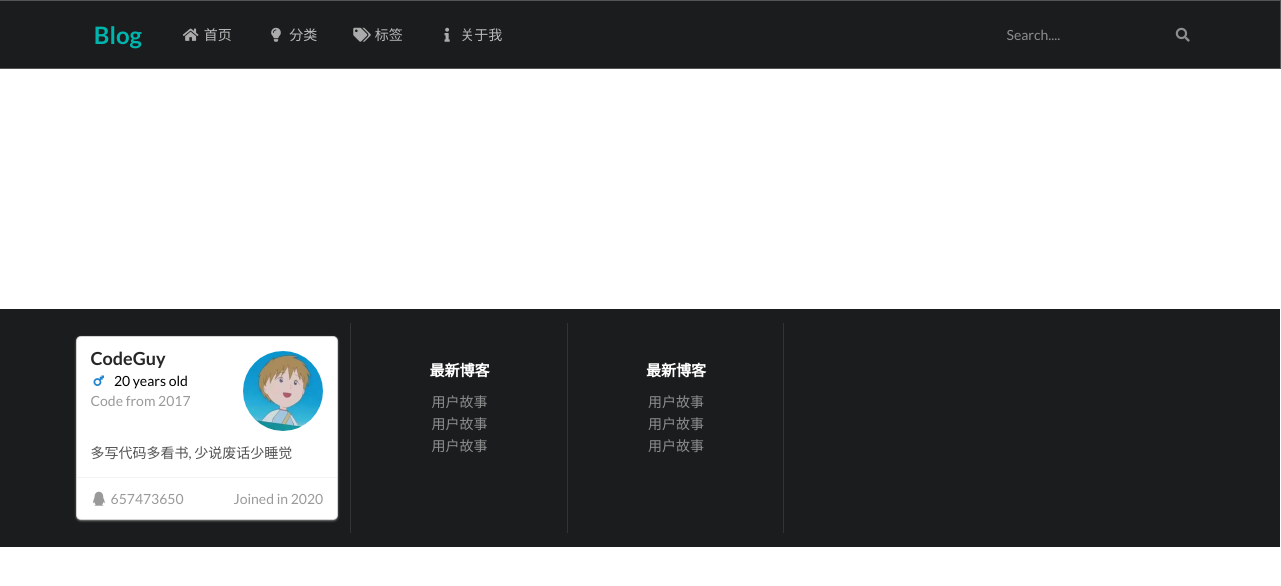
Repository: GOGOHQ/myblog
Page: index.html
An editor plug-in stored every save of this project. The page is shown before and after the next save, followed by the edit.
The browser window is 1280 px wide. The page is 1281 px wide, so the pictures cover 1281 px, including what lies to the right of the window. The pictures show the whole page.
Some web libraries are served in a nearby version.

Above is the page before, as saved 2020-01-16 15:59:17.

After the next save:
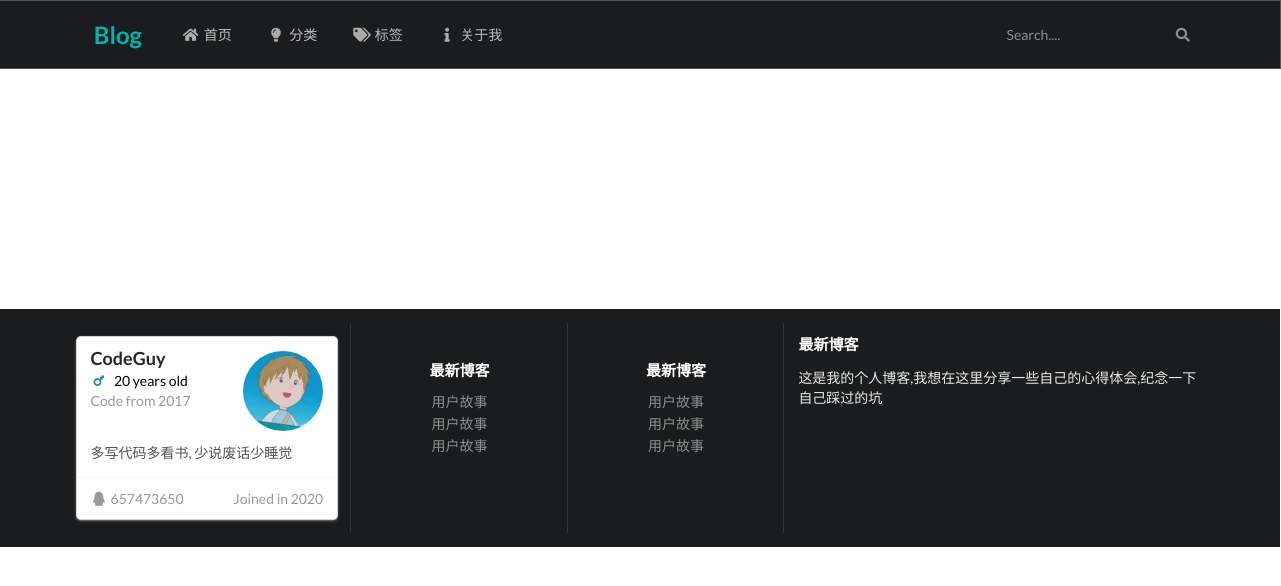
Saved 107 s later.
--- a/index.html
+++ b/index.html
@@ -82,7 +82,10 @@
                     <a href="#" class="item">用户故事</a>
                 </div>
             </div>
-            <div class="six wide column"></div>
+            <div class="six wide column">
+                <h4 class="ui inverted header">最新博客</h4>
+                <p>这是我的个人博客,我想在这里分享一些自己的心得体会,纪念一下自己踩过的坑</p>
+            </div>
         </div>
     </div>
 </footer>
